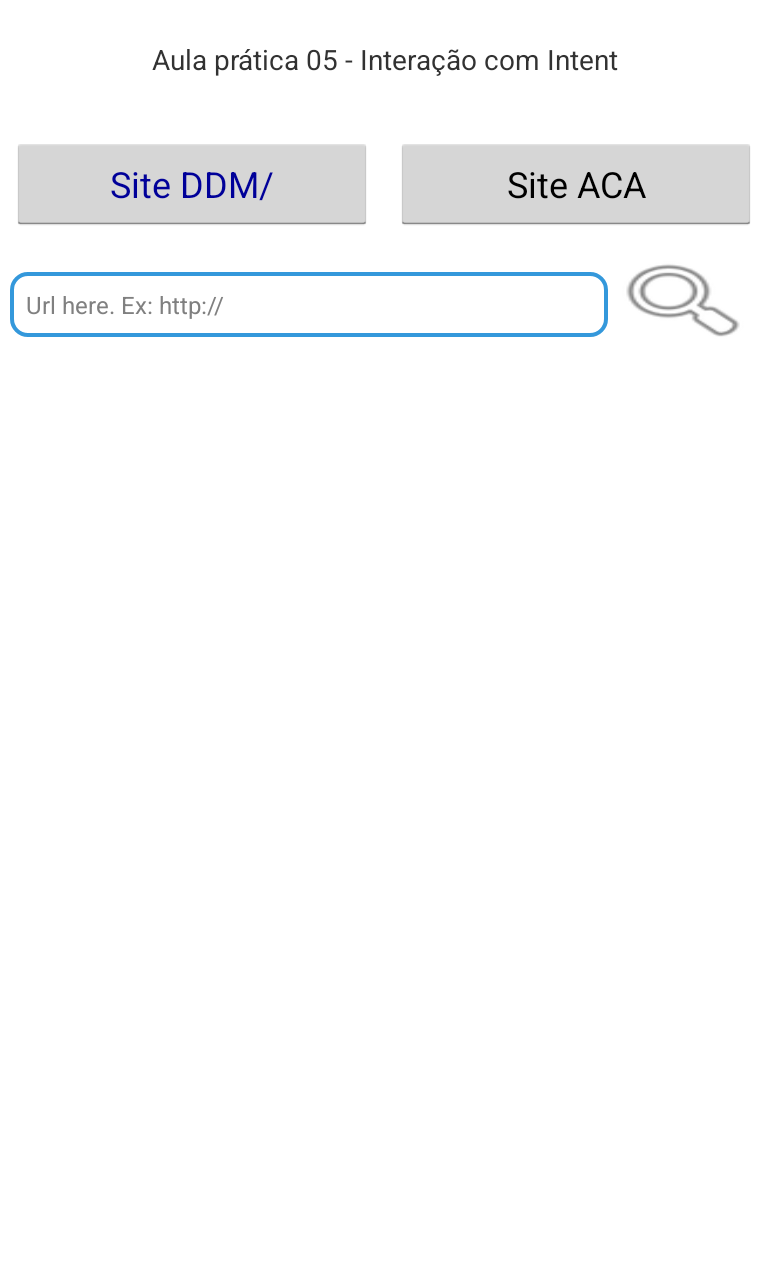
Repository: gokugohan/ddm
Layout: Aulas/res/layout/fragment_aula05.xml
An editor plug-in stored every save of this project. The layout is shown before and after the next save, followed by the edit.
It is drawn on a 768 x 1280 px phone screen (xhdpi) without system bars, with theme AppTheme; the app's code is not run.

Above is the layout before, as saved 2014-11-03 14:15:19.

After the next save:
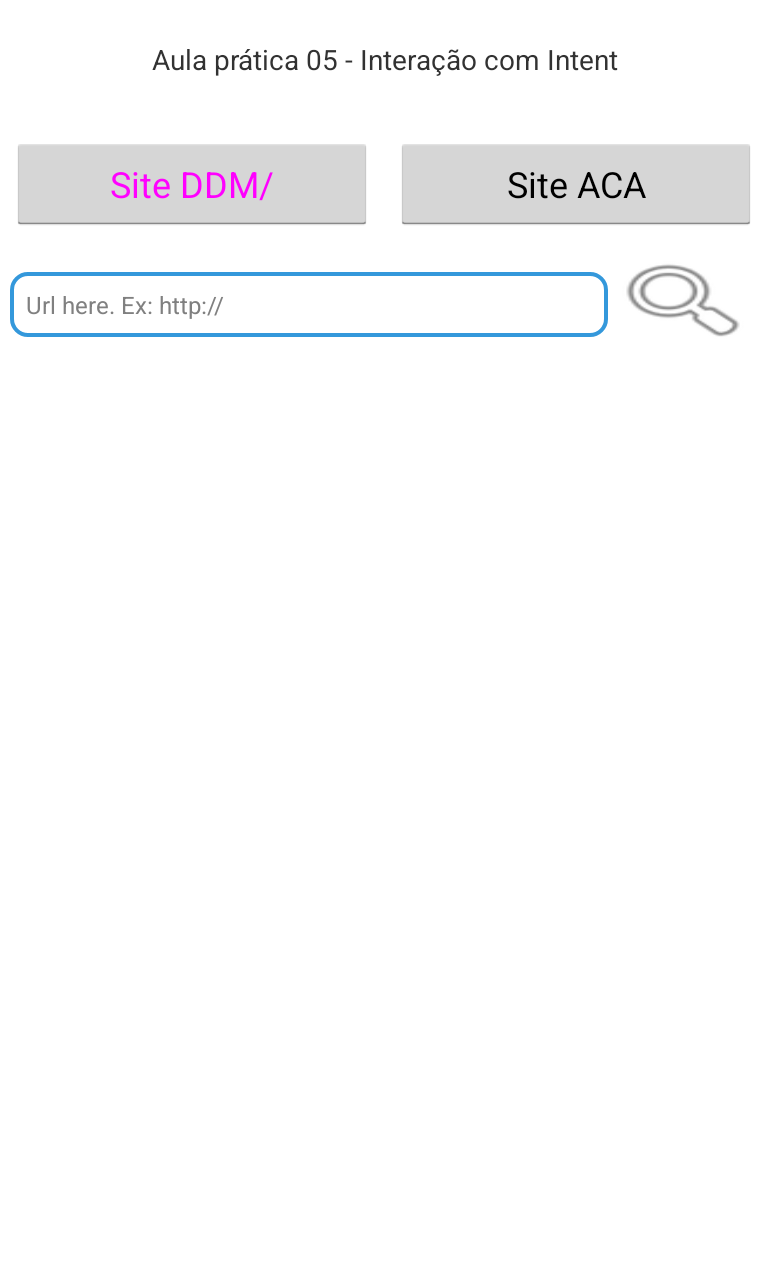
Saved 10 s later.
--- a/Aulas/res/color/seletor.xml
+++ b/Aulas/res/color/seletor.xml
@@ -5,7 +5,7 @@
  <!-- pressed -->
     <item android:state_focused="true" android:color="@string/str_color_green"/>
  <!-- focused -->
-    <item android:color="#ff000099"/>
+    <item android:color="@string/str_color_magenta"/>
  <!-- default -->
 
 </selector>
